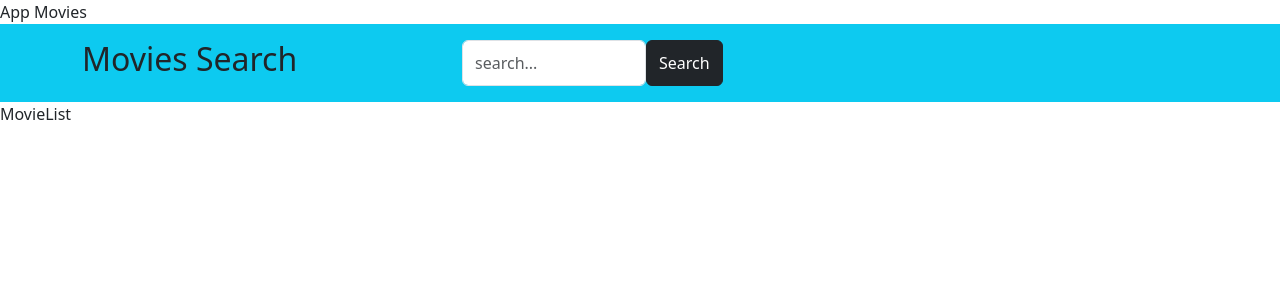
Repository: saargold/reactTest
Page: /movies
An editor plug-in stored every save of this project. The page is shown before and after the next save, followed by the edit.
The browser window is 1280 px wide. The pictures show the whole page.
The project was rebuilt for these pictures with package versions that can differ from the ones it lists, and the page was loaded fresh each time. Also part of the build but not shown: src/App.css, src/api/Apicomp.js.

Above is the page before, as saved 2022-09-07 12:47:42.

After the next save:
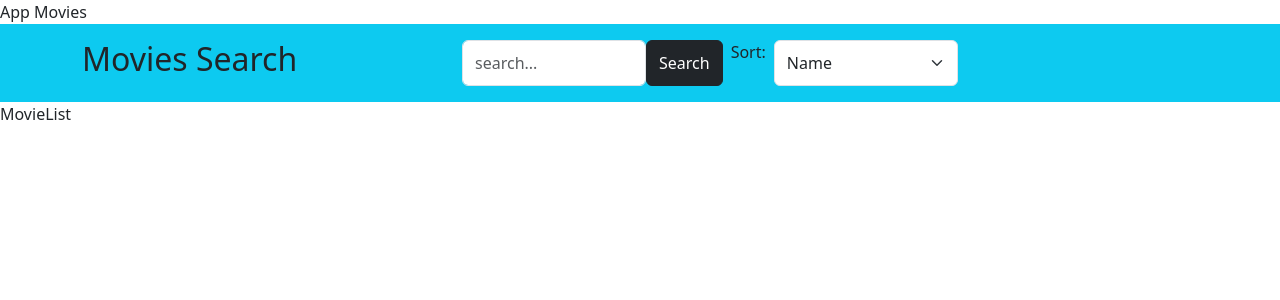
Saved 75 s later.
--- a/src/input/MoviesInput.js
+++ b/src/input/MoviesInput.js
@@ -11,6 +11,11 @@ export const MoviesInput = (props) => {
         <div className='col-lg-8 d-flex'>
             <input placeholder='search...' type="search" className='form-control w-25'/>
             <button className='btn btn-dark'>Search</button>
+            <div className='mx-2'>Sort:</div>
+            <select className='form-select w-25'>
+                <option >Name</option>
+                <option >Year</option>
+            </select>
         </div>
     </div>
 
